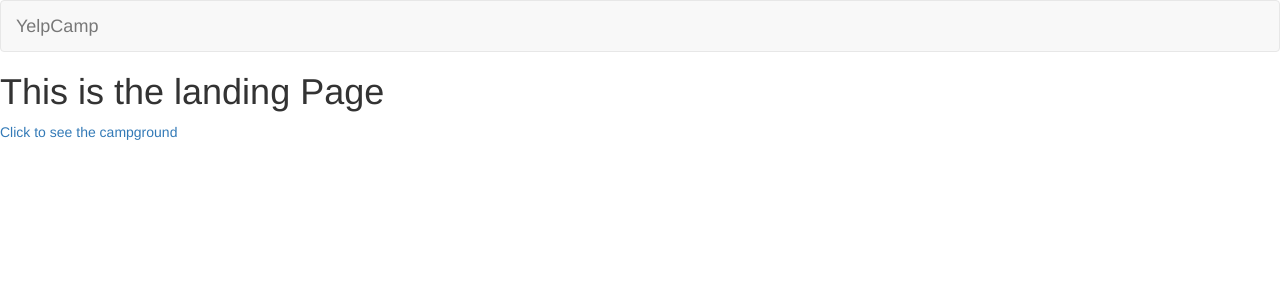
Repository: nittoorp/Web-Developement
Page: http://localhost/
The author's editor kept a record of every edit. The page is drawn from the files as they stood at one moment, then again after the next edit.
The browser window is 1280 px wide. The pictures show the whole page.
The page is served by the project's Node server (YelpCamp/v1/app.js).

Above is the page before.

### YelpCamp/v1/views/startPage.ejs
<%- include("partials/header") %>

<h1>This is the landing Page</h1>

<a href="/campground">Click to see the campground</a>



<%- include("partials/footer") %>

### YelpCamp/v1/views/partials/header.ejs
<!DOCTYPE html>
<html>
    <head>

    </head>
   <link rel="stylesheet" href="https://maxcdn.bootstrapcdn.com/bootstrap/3.3.7/css/bootstrap.min.css" integrity="sha384-BVYiiSIFeK1dGmJRAkycuHAHRg32OmUcww7on3RYdg4Va+PmSTsz/K68vbdEjh4u" crossorigin="anonymous">
    <body>
        <nav class="navbar navbar-default">
            <div class="container-fluid">
                <div class="navbar-header">
                    <a class="navbar-brand" href="/">YelpCamp</a>
                </div>



            </div>





        </nav>

### YelpCamp/v1/views/partials/footer.ejs


  </body>
</html>

### YelpCamp/v1/app.js
var express = require("express");
var app = express();
var bodyParser = require('body-parser');
app.use(bodyParser.urlencoded({extended:true}));


var campgrounds =[
                        {
                            'name' : 'Tosh Valley 1',
                            'image':'https://www.photosforclass.com/download/pixabay-4756774?webUrl=https%3A%2F%2Fpixabay.com%2Fget%2F52e7d0454d55a814f6da8c7dda793f7f1636dfe2564c704c7d2f78d3974bc35a_960.jpg&user=worldvashemudomu'

                        },
                        {
                            'name' : 'Tosh Valley 2',
                            'image':'https://www.photosforclass.com/download/pixabay-1851092?webUrl=https%3A%2F%2Fpixabay.com%2Fget%2F57e8d0424a5bae14f6da8c7dda793f7f1636dfe2564c704c7d2f78d3974bc35a_960.jpg&user=Pexels'
                        },
                        {
                            'name' : 'Tosh Valley 3',
                            'image':'https://www.photosforclass.com/download/pixabay-4522970?webUrl=https%3A%2F%2Fpixabay.com%2Fget%2F52e5d7414355ac14f6da8c7dda793f7f1636dfe2564c704c7d2f78d3974bc35a_960.jpg&user=Ben_Frieden'
                        },
                        {
                            'name' : 'Tosh Valley 1',
                            'image':'https://www.photosforclass.com/download/pixabay-4756774?webUrl=https%3A%2F%2Fpixabay.com%2Fget%2F52e7d0454d55a814f6da8c7dda793f7f1636dfe2564c704c7d2f78d3974bc35a_960.jpg&user=worldvashemudomu'

                        },
                        {
                            'name' : 'Tosh Valley 2',
                            'image':'https://www.photosforclass.com/download/pixabay-1851092?webUrl=https%3A%2F%2Fpixabay.com%2Fget%2F57e8d0424a5bae14f6da8c7dda793f7f1636dfe2564c704c7d2f78d3974bc35a_960.jpg&user=Pexels'
                        },
                        {
                            'name' : 'Tosh Valley 3',
                            'image':'https://www.photosforclass.com/download/pixabay-4522970?webUrl=https%3A%2F%2Fpixabay.com%2Fget%2F52e5d7414355ac14f6da8c7dda793f7f1636dfe2564c704c7d2f78d3974bc35a_960.jpg&user=Ben_Frieden'
                        },
                        {
                            'name' : 'Tosh Valley 1',
                            'image':'https://www.photosforclass.com/download/pixabay-4756774?webUrl=https%3A%2F%2Fpixabay.com%2Fget%2F52e7d0454d55a814f6da8c7dda793f7f1636dfe2564c704c7d2f78d3974bc35a_960.jpg&user=worldvashemudomu'

                        },
                        {
                            'name' : 'Tosh Valley 2',
                            'image':'https://www.photosforclass.com/download/pixabay-1851092?webUrl=https%3A%2F%2Fpixabay.com%2Fget%2F57e8d0424a5bae14f6da8c7dda793f7f1636dfe2564c704c7d2f78d3974bc35a_960.jpg&user=Pexels'
                        },
                        {
                            'name' : 'Tosh Valley 3',
                            'image':'https://www.photosforclass.com/download/pixabay-4522970?webUrl=https%3A%2F%2Fpixabay.com%2Fget%2F52e5d7414355ac14f6da8c7dda793f7f1636dfe2564c704c7d2f78d3974bc35a_960.jpg&user=Ben_Frieden'
                        }


        ]

app.get("/",function(req,res){

    res.render('startPage.ejs');

})

app.get("/campground",function(req,res){


    res.render('campground.ejs', {campgrounds:campgrounds});

})

app.post("/campground",function(req,res){
    var newCamp ={
        'name':req.body.name,
        'image':req.body.url
    }
    campgrounds.push(newCamp);
    console.log("In the post methods");
    res.redirect("/campground");
})

app.get("/campground/new",function(req,res){


    res.render("new.ejs");

})

app.listen(process.env.PORT,process.env.IP,function(){

    console.log("The Yelp camp server has started!!");

})

After the next edit:
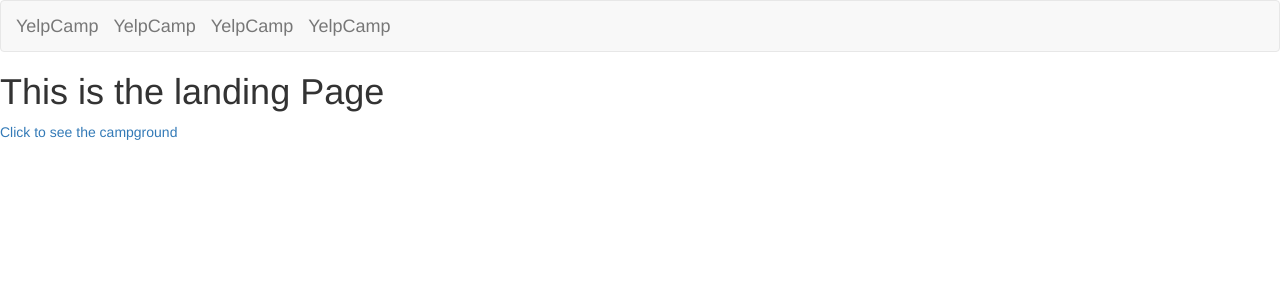
The edit:
--- a/YelpCamp/v1/views/partials/header.ejs
+++ b/YelpCamp/v1/views/partials/header.ejs
@@ -10,7 +10,13 @@
                 <div class="navbar-header">
                     <a class="navbar-brand" href="/">YelpCamp</a>
                 </div>
+                <div class="collapse navbar-collapse">
+                    <a class="navbar-brand" href="/">YelpCamp</a>
+                    <a class="navbar-brand" href="/">YelpCamp</a>
+                    <a class="navbar-brand" href="/">YelpCamp</a>
 
+
+                </div>
 
 
             </div>
